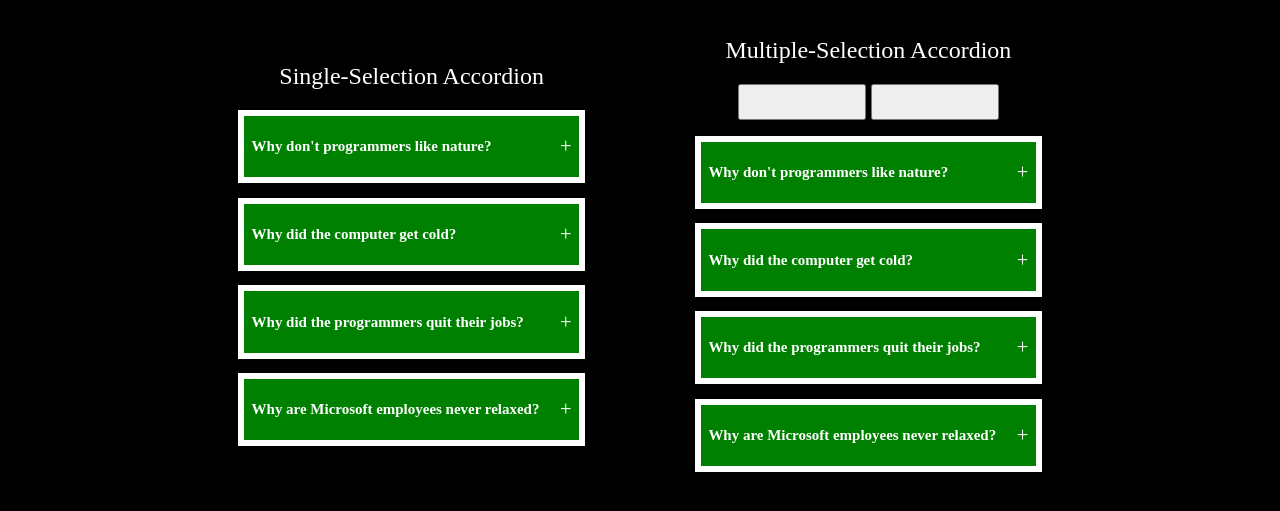
Repository: kosenijr/react-projects
Page: / (app in accordion/)
The author's editor kept a copy of each file at every save. The page is drawn from the files as they stood at one save, then again after the next save.
The browser window is 1280 px wide. The pictures show the whole page.
The project was rebuilt for these pictures with package versions that can differ from the ones it lists, and the page was loaded fresh each time.

Above is the page before, as saved 2024-03-03 13:05:55.

After the next save:
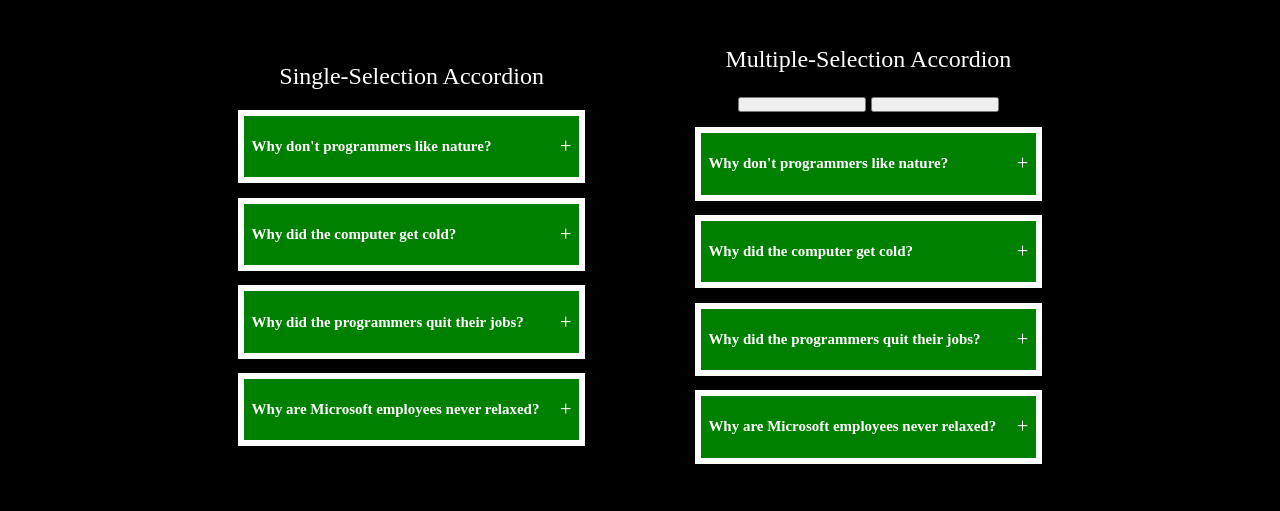
Saved 4 s later.
--- a/accordion/src/styles/MultiSelection.css
+++ b/accordion/src/styles/MultiSelection.css
@@ -11,7 +11,7 @@
 }
 
 .open-all, .close-all {
-    height:5vh;
+    height:2vh;
     width: 10vw;
 }
 
